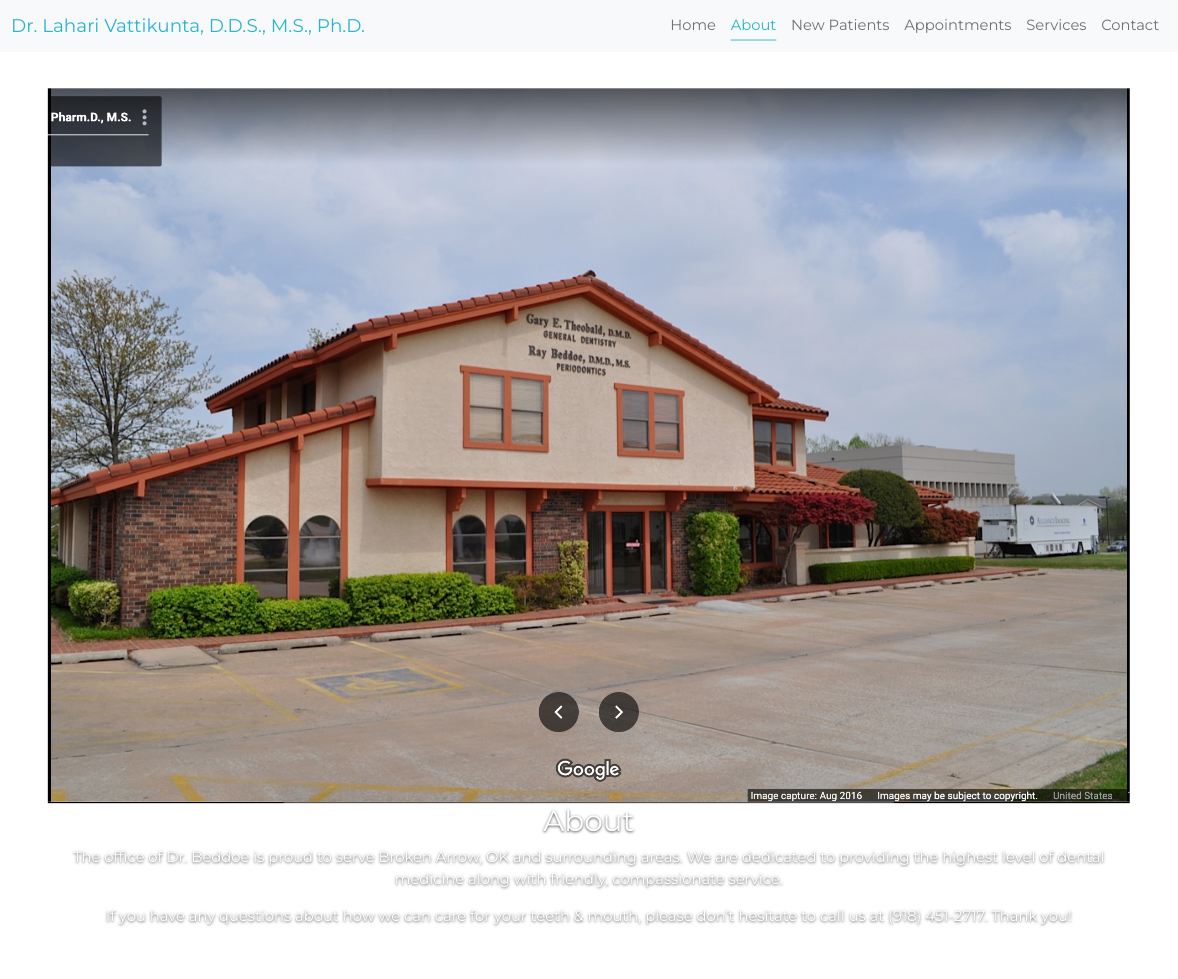
Repository: vineetha2438/baperio
Page: about.html
An editor plug-in stored every save of this project. The page is shown before and after the next save, followed by the edit.
The browser window is 1280 px wide. The pictures show the whole page, at 92% of full size.

Above is the page before, as saved 2022-11-14 21:13:47.

### about.html
<!DOCTYPE html>
<html lang="en">

<head>
  <meta charset="utf-8">
  <meta name="viewport" content="width=device-width, initial-scale=1">
  <title>Broken Arrow Periodontics Dental Implants</title>
  <link href="https://cdn.jsdelivr.net/npm/bootstrap@5.2.2/dist/css/bootstrap.min.css" rel="stylesheet" integrity="sha384-Zenh87qX5JnK2Jl0vWa8Ck2rdkQ2Bzep5IDxbcnCeuOxjzrPF/et3URy9Bv1WTRi"
    crossorigin="anonymous">
  <link href='https://fonts.googleapis.com/css?family=Montserrat' rel='stylesheet'>
  <link rel="stylesheet" href="index.css">
  <style>
    body {
      font-family: 'Montserrat' !important
    }
  </style>
</head>

<body>
  <nav class="navbar navbar-expand-lg sticky-top bg-light">
    <div class="container-fluid">
      <!-- <a class="navbar-brand" href="#">Navbar</a> -->
      <span class="navbar-brand mb-0 h1 theme-blue doctor-name">Dr. Lahari Vattikunta, D.D.S., M.S., Ph.D. </span>
      <button class="navbar-toggler" type="button" data-bs-toggle="collapse" data-bs-target="#navbarSupportedContent" aria-controls="navbarSupportedContent"
        aria-expanded="false" aria-label="Toggle navigation">
        <span class="navbar-toggler-icon"></span>
      </button>
      <div class="collapse navbar-collapse" id="navbarSupportedContent">
        <ul class="navbar-nav me-auto mb-2 mb-lg-0 auto-ml-0-mr">
          <li class="nav-item">
            <a class="nav-link" href="index.html">Home</a>
          </li>
          <li class="nav-item">
            <a class="nav-link active theme-blue" aria-current="page" href="about.html">About</a>
          </li>
          <li class="nav-item">
            <a class="nav-link" href="#">New Patients</a>
          </li>
          <li class="nav-item">
            <a class="nav-link" href="#">Appointments</a>
          </li>
          <li class="nav-item">
            <a class="nav-link" href="#">Services</a>
          </li>
          <li class="nav-item">
            <a class="nav-link" href="#">Contact</a>
          </li>
        </ul>
      </div>
    </div>
  </nav>

  <div class="container-fluid text-center">
    <div class="row section-one">

      <div class="col-12 ">
        <img src="clinic.png" class="img-fluid" />
      </div>
      <div class="col-12">
        <h2>About</h2>
        <p>The office of Dr. Beddoe is proud to serve Broken Arrow, OK and surrounding areas. We are dedicated to providing
          the highest level of dental medicine along with friendly, compassionate service.</p>

        <p>If you have any questions about how we can care for your teeth & mouth, please don’t hesitate to call us at (918)
          451-2717. Thank you!</p>
      </div>
    </div>
  </div>
  <script src="https://cdn.jsdelivr.net/npm/bootstrap@5.2.2/dist/js/bootstrap.bundle.min.js" integrity="sha384-OERcA2EqjJCMA+/3y+gxIOqMEjwtxJY7qPCqsdltbNJuaOe923+mo//f6V8Qbsw3"
    crossorigin="anonymous"></script>
</body>

</html>

### index.css
.theme-blue {
  color: rgb(41,180,207) !important;
}

.auto-ml-0-mr {
  margin-left: auto !important;
  margin-right: 0 !important;
}

.nav-link.active {
  text-decoration: underline;
  text-underline-offset: 10px;
}

.clinic-bg {
  opacity: 0.4;
  position: absolute;
  left: 0;
  top: 0;
  width: 100%;
  height: auto;
  background-image: url('./clinic_bg.jpeg');
  right: 0;
  bottom: 0;
  background-repeat: no-repeat;
  background-attachment: scroll;
  background-position: center center;
  background-size: cover;
}

.doctor-name {
  overflow: hidden;
  text-overflow: ellipsis;
}

.section-one {
  position: relative;
  padding: 40px;
  color: white;
  align-items: center;
  text-shadow: rgb(0 0 0 / 70%) 0px 1px 3px;
}

.bg-wrap {
  position: absolute;
  top: 0;
  left: 0;
  right: 0;
  z-index: -1;
  bottom: 0;
  overflow: hidden;
  background-color: rgb(80,80,80);
}

.section-one h2{
  font-weight: 400;
}

.section-two {
  padding: 20px 5px;
  text-align: left;
}

.section-two .address-card {
  display: flex;
  justify-content: center;
  flex-direction: column;
  background-color: rgb(41,180,207);
  padding-top: 20px;
  padding-bottom: 20px;
}

.section-two .address-card a {
  color: black;
  margin-bottom: 1rem;
}

.footer {
  background-color: rgb(41,180,207);
  text-align: left;
  padding: 1.5rem 20px;
}

.footer a {
  color: black;
  margin-bottom: 1rem;
  margin-right: 20px
}

.about-desc {
  color: black;
  text-shadow: none;
  margin-top: 30px;
}

After the next save:
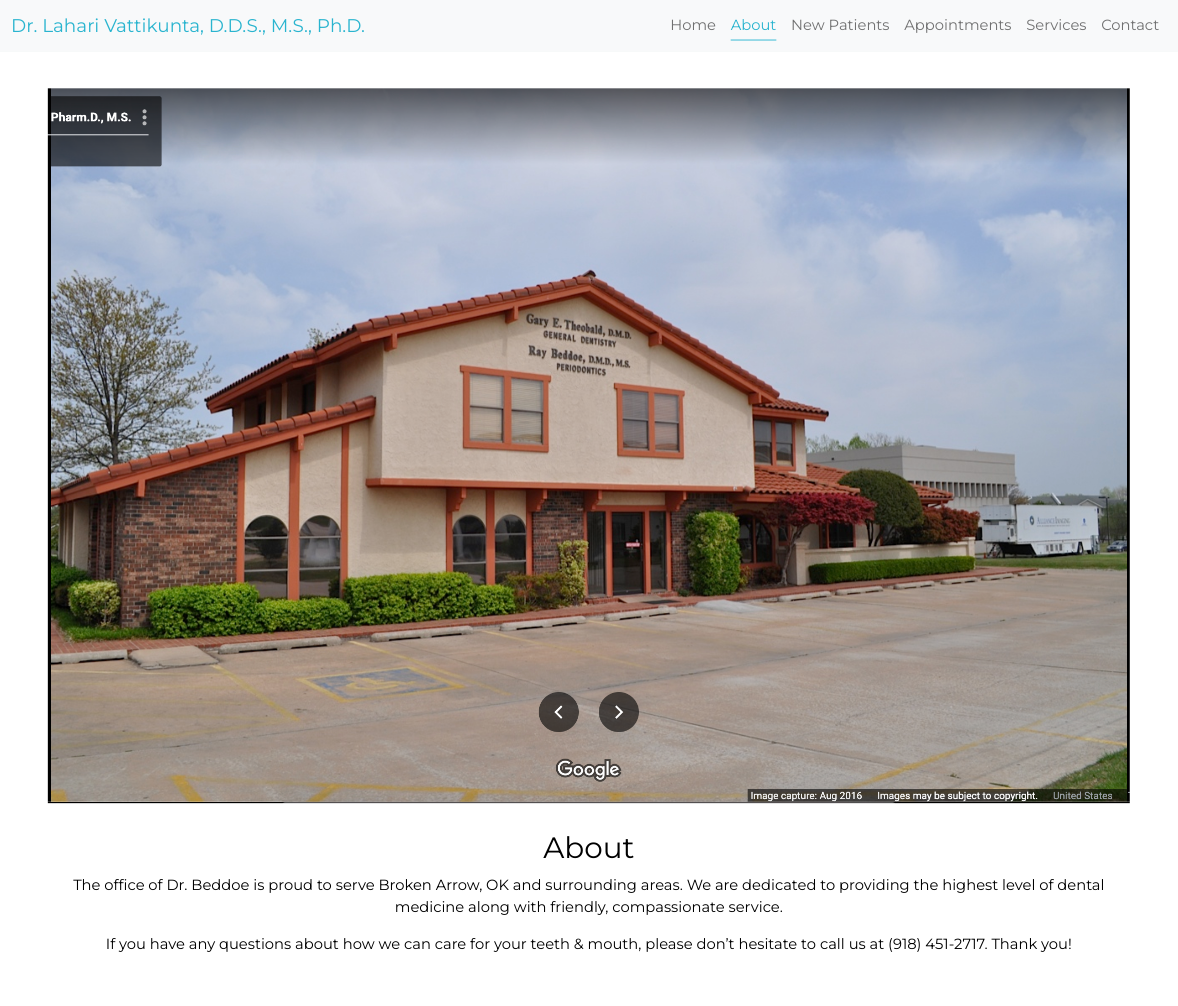
Saved 2 s later.
--- a/about.html
+++ b/about.html
@@ -50,13 +50,13 @@
     </div>
   </nav>
 
-  <div class="container-fluid text-center">
+  <div class="container-fluid text-center about-page">
     <div class="row section-one">
 
       <div class="col-12 ">
         <img src="clinic.png" class="img-fluid" />
       </div>
-      <div class="col-12">
+      <div class="col-12 about-desc">
         <h2>About</h2>
         <p>The office of Dr. Beddoe is proud to serve Broken Arrow, OK and surrounding areas. We are dedicated to providing
           the highest level of dental medicine along with friendly, compassionate service.</p>
